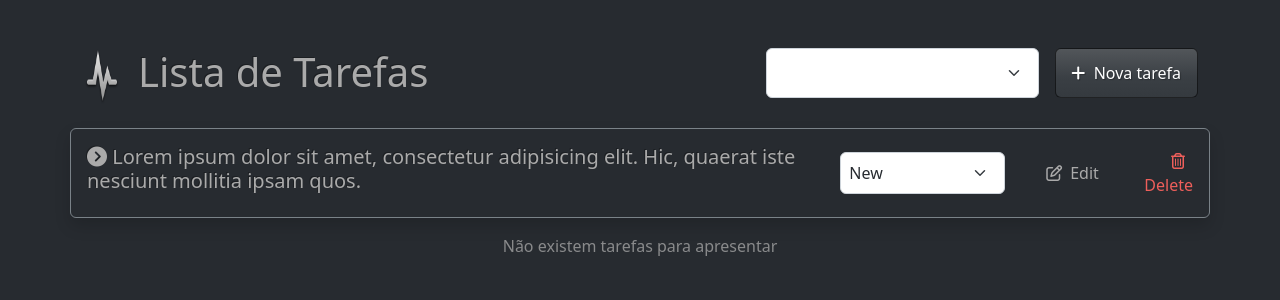
Repository: cargugati/lista_tarefas
Page: frontEnd/index.html
An editor plug-in stored every save of this project. The page is shown before and after a run of saves, followed by the edit.
The browser window is 1280 px wide. The pictures show the whole page.

Above is the page before, as saved 2023-03-18 22:55:53.

### frontEnd/index.html
<!DOCTYPE html>
<html lang="pt-br">

<head>
  <meta charset="UTF-8">
  <meta http-equiv="X-UA-Compatible" content="IE=edge">
  <meta name="viewport" content="width=device-width, initial-scale=1.0">
  <title>Lista de Tarefas</title>
  <link rel="stylesheet" href="./assets/css/bootstrap.min.css">
  <link rel="stylesheet" href="./assets/fontawesome/css/all.min.css">
  <link rel="shortcut icon" href="./assets/images/favicon.png" type="image/png">
</head>

<body>
  <div class="container my-5">

    <!-- cabeçalho -->
    <div class="row mb-4">
      <div class="col">
        <div class="d-flex justify-content-start">
          <img src="./assets/images/favicon.png" alt="Logo" class="img-fluid me-3" width="40px">
          <h1>Lista de Tarefas</h1>
        </div>

      </div>
      <div class="col text-end">
        <div class="d-flex justify-content-end">
          <select id="select_filter" class="form-select w-50 p-2 me-3">
            <option value=""></option>
            <option value="1">filtro 1</option>
          </select>
          <a href="new_task.html" class="btn btn-primary"><i class="fa-solid fa-plus me-2"></i>Nova tarefa</a>
        </div>
      </div>
    </div>

    <!-- aspecto visual de uma tarefa -->
    <div class="row mb-3">
      <div class="col-12 border border-secondary rounded p-3 shadow">
        <div class="row align-items-center">
          <div class="col-8">
            <h5><i class="fa-solid fa-circle-chevron-right"></i>
            Lorem ipsum dolor sit amet, consectetur adipisicing elit. Hic, quaerat iste nesciunt mollitia ipsam
              quos.
            </h5>
          </div>
          <div class="col-2">
            <select id="task_status" class="form-select p-2">
              <option value="new">New</option>
              <option value="in progress">In progress</option>
              <option value="canceled">Canceled</option>
              <option value="done">Done</option>
            </select>
          </div>
          <div class="col-1 text-end"><i class="fa-regular fa-pen-to-square me-2"></i>Edit</div>
          <div class="col-1 text-end text-danger"><i class="fa-regular fa-trash-can me-2"></i>Delete</div>
        </div>
      </div>
    </div>


    <!-- sem tarefa -->
    <div class="row " id="no_tasks">
      <div class="col text-center">
        <span class="opacity-75">Não existem tarefas para apresentar</span>
      </div>
    </div>
  </div>


  <script src="./assets/js/bootstrap.bundle.min.js"></script>
</body>

</html>

Loaded but not shown: frontEnd/assets/css/bootstrap.min.css (library); frontEnd/assets/fontawesome/css/all.min.css (library); frontEnd/assets/js/bootstrap.bundle.min.js (library)

After the next 2 saves:
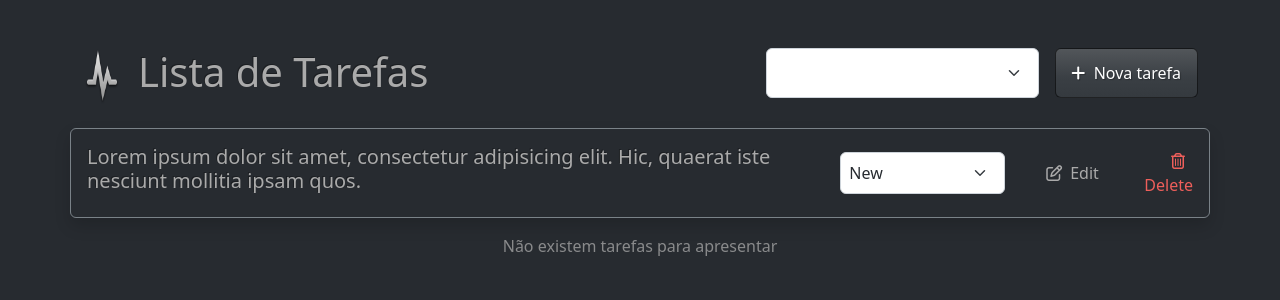
The 2 saves are shown as one change because they came seconds apart.
The last was saved 76 s later.
--- a/frontEnd/index.html
+++ b/frontEnd/index.html
@@ -39,7 +39,7 @@
       <div class="col-12 border border-secondary rounded p-3 shadow">
         <div class="row align-items-center">
           <div class="col-8">
-            <h5><i class="fa-solid fa-circle-chevron-right"></i>
+            <h5>
             Lorem ipsum dolor sit amet, consectetur adipisicing elit. Hic, quaerat iste nesciunt mollitia ipsam
               quos.
             </h5>
